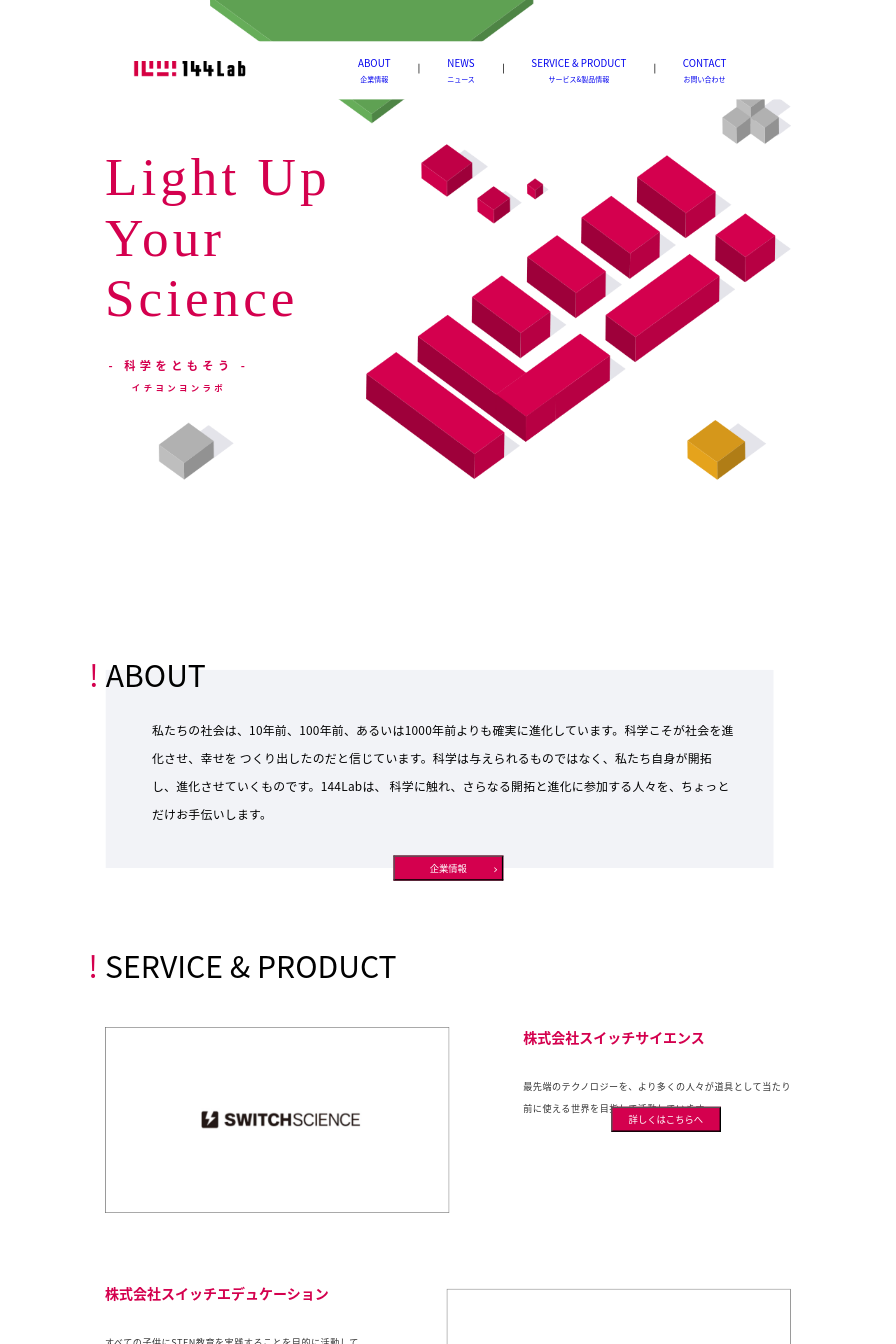
Repository: ppmp556/light-up
Page: index.html
These files come from the project's save history. The page is drawn as it stood at one moment and after the next save; the edit follows.
The browser window is 1280 px wide. The pictures show the part of the page from y = 0 to 1920 px (the page is 3712 px tall before and 3562 px after), at 70% of full size.

Above is the page before, as saved 2019-12-06 22:43:26.

### index.html
<!DOCTYPE html>
<html lang="ja">
    <head>
        <meta charset="UTF-8">
        <meta name="viewport" content="width=device-width, initial-scale=1.0">
        <link rel="stylesheet" href="main.css/main.css"  type="text/css">
        <link rel="img" href="images">
        <title>模写</title>
    </head>
    <body>
        <header class="header">
                <img id="greenbox" src="images/グループ 127.png">
                <img id="small-redbox" src="images/グループ 152.png">
                <img id="redboxs" src="images/グループ 148.png">
                <img id="small-yellowbox" src="images/グループ 149.png">
                <img id="gray-boxs" src="images/グループ 150.png">
                <img id="middle-redbox" src="images/グループ 151.png">
                <img id="big-redbox" src="images/グループ 153.png">
                <img id="graybox" src="images/グループ 147.png">
                <nav class="global-nav">

                        <img class="nav-logo" src="images/yEVqXX.png">
                        <ul class="nav-itembox">
                            <li><a href="#">ABOUT<br><span class="small">企業情報</span></a></li>
                            <li><a href="#">NEWS<br><span class="small">ニュース</span></a></li>
                            <li><a href="#">SERVICE & PRODUCT<br><span class="small">サービス&製品情報</span></a></li>
                            <li><a href="#">CONTACT<br><span class="small">お問い合わせ</span></a></li>
                        </ul>
                </nav>

                    <h1 class="site-title"><a href="#">Light Up  <br>Your <br>Science </a></h1>
                    <p class="site-title-sub">- 科学をともそう -<br>
                                                <span class="small2">イチヨンヨンラボ</span></p>

        </header>
             <div class="about">
              <div class="about-container">
                <h2 class="about-title">ABOUT</h2>
                <div class="about-box">
                                    <p class="about-text">私たちの社会は、10年前、100年前、あるいは1000年前よりも確実に進化しています。科学こそが社会を進化させ、幸せを
                                        つくり出したのだと信じています。科学は与えられるものではなく、私たち自身が開拓し、進化させていくものです。144Labは、
                                        科学に触れ、さらなる開拓と進化に参加する人々を、ちょっとだけお手伝いします。
                                    </p>
                 </div>
                 <button class="redbutton">企業情報</button>
                </div>
            </div>

            <div class="product">
                <div class="product-title">SERVICE & PRODUCT</div>
                <ul class="product-wrapper">
                        <li class="product-box">
                            <img class="product-image-switch" src="images/logo-switch_science.png">
                            <div class="product-red">株式会社スイッチサイエンス
                                <p class="product-text">
                                    最先端のテクノロジーを、より多くの人々が道具として当たり<br>
                                    前に使える世界を目指して活動しています...
                                </p>
                                <button class="redbutton2">詳しくはこちらへ</button>
                            </div>
                        </li>
                        <li class="product-box">
                            <img class="product-image-education" src="images/logo-switch_education.png">
                            <div class="product-red2">株式会社スイッチエデュケーション
                            <p class="product-text">

                                すべての子供にSTEN教育を実践することを目的に活動して<br>
                                います。考える、作る、発表するプロセスを...

                            </p>
                            <button class="redbutton2">詳しくはこちらへ</button>
                            </div>
                        </li>
                        <li class="product-box">
                            <img class="product-image-fit" src="images/main_3648.fit-scale.png">
                            <div class="product-red">うんこボタン
                            <p class="product-text">
                                赤ちゃんのうんちとおしっこの記録ができるボタンです。子育て<br>
                                世代をちょっとした工夫でお手伝いする...
                            </p>
                            <button class="redbutton2">詳しくはこちらへ</button>
                           </div>
                        </li>
                        <li class="product-box">
                            <img class="product-image-iot" src="images/グループ 183.png" alt="">
                            <div class="product-red2">IoT受託開発
                            <p class="product-text">
                                IoT製品の開発には、ソフトウェアからハードウェアまで様々な<br>
                                技術要素に関するノウハウが必要です...

                            </p>
                            <button class="redbutton2">詳しくはこちらへ</button>
                            </div>
                        </li>
                </ul>
        </div>
        <div class="news">
                <div class="news-title">NEWS</div>
                <ul class="list">
                    <li class="list-item">
                        <span class="category">スイッチエデュケーション</span>
                        <time class="date">2019.04.24</time>
                        <span class="title">株式会社144Lab (以下144Lab、本社:東京都新宿区)はInsightSiP SAS (以下InsightSip...</span>
                    </li>
                    <li class="list-item">
                        <span class="category">144lab</span>
                        <time class="date">2019.04.24</time>
                        <span class="title">株式会社144Lab (以下144Lab、本社:東京都新宿区)はInsightSiP SAS (以下InsightSip...</span>
                    </li>
                    <li class="list-item">
                        <span class="category">スイッチサイエンス</span>
                        <time class="date">2019.04.24</time>
                        <span class="title">株式会社144Lab (以下144Lab、本社:東京都新宿区)はInsightSiP SAS (以下InsightSip...</span>
                    </li>
                    <li class="list-item">
                        <span class="category">うんこボタン</span>
                        <time class="date">2019.04.24</time>
                        <span class="title">株式会社144Lab (以下144Lab、本社:東京都新宿区)はInsightSiP SAS (以下InsightSip...</span>
                    </li>
                </ul>
        </div>
        <footer class="footer">
            <nav class="footer-nav">
                <ul class="footer-itembox">
                    <li>ABOUT</li>
                    <li>NEWS</li>
                    <li>SERVICE & PRODUCT</li>
                    <li>CONTACT</li>
                </ul>
        </nav>

                <p class="copyright">@ Copyright 144Lab, Inc. All Rights Reserbed.</p>
        </footer>
    </body>
</html>

### main.css/main.css
/*CSS共通*/
@charset "UTF-8";



html, body, div, span, applet, object, iframe,
h1, h2, h3, h4, h5, h6, p, blockquote, pre,
a, abbr, acronym, address, big, cite, code,
del, dfn, em, img, ins, kbd, q, s, samp,
small, strike, strong, sub, sup, tt, var,
b, u, i, center,
dl, dt, dd, ol, ul, li,
fieldset, form, label, legend,
table, caption, tbody, tfoot, thead, tr, th, td,
article, aside, canvas, details, embed,
figure, figcaption, footer, header, hgroup,
menu, nav, output, ruby, section, summary,
time, mark, audio, video,img {
	margin: 0;
	padding: 0;
	border: 0;
	font-style:normal;
	font-weight: normal;
	font-size: 100%;
	vertical-align: baseline;
}
article, aside, details, figcaption, figure,
footer, header, hgroup, menu, nav, section {
	display: block;
}
html{overflow-y: scroll;}
blockquote, q {quotes: none;}
blockquote:before, blockquote:after,q:before, q:after {content: ''; content: none;}
input, textarea {margin: 0; padding: 0;}
ol, ul{list-style:none;}
table{border-collapse: collapse; border-spacing:0;}
caption, th{text-align: left;}
a:focus {outline:none;}

body {
    color: #000000;
    background-color: #ffffff;
    font-family: "Noto Sans CJK JP";
    width: 1280px;
    margin-right: auto;
    margin-left : auto;
}

*,*::before, *::after {
    box-sizing: border-box;
}

a:link, a:visited, a:hover, a:active { /*テキストデフォルト下線外し*/
    text-decoration: none;
}


/*css共通ここまで*/

/*オブジェクト*/

#greenbox {
    position: absolute;
    top: -176px;
    left: 150px;
    opacity: 5;

}
#small-redbox {
    position: absolute;
    top: 255.2px;
    left: 603.2px;
}
#redboxs {
   position: absolute;
   top: 222.31px;
   left: 372.97px;

}

#small-yellowbox {
    position: absolute;
    top: 599.7px;
    left: 832.48px;
}
#gray-boxs {
    position: absolute;
    top: 124.2px;
    left: 881.85px;
}
#middle-redbox {
    position: absolute;
    top: 205.6px;
    left: 452.24px;

}
#big-redbox {
    position: absolute;
    top: 266.3px;
    left: 532.3px;
}
#graybox {
    top: 604.4px;
    left: 77.1px;
    position: absolute;
}

/*オブジェクトここまで*/

/*header*/
.header {
    position: relative;
    max-width: 1280px;
    height: 793px;
    background-color: #ffffff;
    text-align: center;
    margin: 0 150px;
}

    /*サイトタイトル*/
    .site-title {
        position: absolute;
        top: 209.5px;
        text-align: left;
        font-size: 76px;
        font-family: 'ITC Avant Garde Gothic';
        line-height: 1.14;
        letter-spacing: 0.075em;
    }
    .site-title a {
        text-decoration: none;
        color: #d4004e;
    }
    /*サイトタイトルここまで*/
    /*サイトサブタイトル*/
    .site-title-sub {
        color: #d4004e;
        position: absolute;
        font-weight: bold;
        font-size: 16px;
        line-height: 1.875;
        letter-spacing: 0.4em;

        top: 507px;
        left: 5px;
    }

    .small2 {
        font-size: 12px;
        font-weight: bold;
        letter-spacing: 0.4em;
        line-height: 2.5px;
    }
    /*サイトサブタイトルここまで*/

/*グローバルナビゲーション*/
.global-nav { /*ナビ大枠*/
    position: relative;
    top: 59px;
    width: 980px;
    height: 82.5px;
    background-color: #ffffff;
    box-sizing: border-box;
}
.nav-container {
    position: relative;
    width: 974.5px;
    height: 77px;


    background-color: #ffffff;
    box-shadow: (　4px 4px 1px rgba( 0, 0, 0, 0.16));
}


.nav-logo { /*ナビのロゴ*/
    width: 168px;
    height: 34px;
    position: absolute;
    top: 21px;
    left: 37px;
}

.nav-itembox { /*ナビメニュー*/
    position: absolute;
    display: flex;
    width: 607px;
    height: 35px;
    top: 21px;
    left:  321px;
    padding: 0;
    margin: 0;
}

.nav-itembox li { /*ナビテキスト*/
    list-style: none;
    text-align: center;
    font-size: 14px;
    font-weight: normal;
    line-height: 1.5;
    flex-grow: 1; /*flexの余白分配比率指定*/
}

.nav-itembox  li + li:before { /*ナビの短い縦線,隣接セレクタ,疑似要素*/

    border-left: 1px solid #000000;
    position: absolute;
    display: block;
    content: "";
    top: 50%; /*縦方向に50%*/
    height: 14px;
    margin-top: -7px;

}

.small {
    font-size: 10px;


}
/*グローバルナビゲーションここまで*/

/*アバウトここから*/
.about {
    width: 1280px;
    height: 558px;
    position: relative;

}

.about-container {
    top: 107.1px;
    right: 151px;
    width: 977.95px;
    height: 332.28px;
    position: absolute;
}

.about-box {
    width: 953.95px;
    height: 282.5px;
    padding: 66px 55px 62.5px 66px;
    background-color: #f2f3f7;


}

.about-title {
    position: relative;
    font-size: 43px;
    line-height: 1.3;
    width: 137px;
    height: 57px;
    top: 36px;
}
.about-title::before {
    width: 9px;
    height: 60.41px;
    content: "! ";
    color: #D4004E;
    position: absolute;
    left: -23.9px;

}

.about-text {
    text-align: left;
    background-color: #f2f3f7;
    font-size: 17px;
    letter-spacing: 0.02em;
    line-height: 2.35;
    width: 833px;
    height: 154px;
}

button {
    background-color: #D4004E;
    color: #ffffff;
    font-family: "Noto Sans CJK JP";
}

.redbutton { /*赤ボタン大枠*/
    position: relative;
    font-size: 13px bold;

    justify-content: center;
    align-items: center;

    line-height: 1.3;
    left: 410.82px;
    width: 157.12px;
    height: 35.8px;
    display: inline-block;

    top: -17.9px;

}
.redbutton::before { /*疑似要素*/
    content: '';
    width: 5.31px;
    height: 5.31px;
    border-top: solid 1px #ffffff;
    border-right: solid 1px #ffffff;
    transform: rotate(45deg);/*rotateで要素回転指定,角度deg: 45°*/
    position: absolute;
    top: 50%;
    left: 139.9px;
}

/*アバウトここまで*/

/*プロダクトここから*/

.product { /*プロダクト大枠*/
    position: relative;
    width: 980px;
    height: 1430.28px;
    left: 150px;


}
.product-title { /*プロダクトタイトル*/
    position: relative;
    font-size: 43px;
    line-height: 1.3;
    margin-bottom: 60px;

}

.product-title::before { /*疑似要素*/
    width: 9px;
    height: 60.41px;
    content: "! ";
    color: #D4004E;
    position: absolute;
    left: -23.9px;

}

.product-wrapper {
    list-style: none;
}

.product-box {
    display: flex;
    justify-content: space-between;
}


li.product-box:nth-child(even) {
    flex-direction: row-reverse;
}
/*スイッチサイエンス*/
.product-image-switch {
    border: 1px solid #707070;
    background-color: #ffffff;
    padding: 74px 106px 75.6px 117px;
}
/*スイッチエデュケーション*/
.product-image-education {
    border: 1px solid #707070;
    background-color: #ffffff;
    margin-top: 107.6px;
    padding: 72px 105px;
}
/*うんこボタン*/
.product-image-fit {
    border: 1px solid #707070;
    background-color: #ffffff;
    margin-top: 107.6px;
    padding: 74px 106px 75.6px 117px;
}
/*IoT受託開発*/
.product-image-iot {
    border: 1px solid #707070;
    background-color: #ffffff;
    margin-top: 107.6px;
    padding: 108.1px 188.4px 114.1px 187.3px;

}

/*プロダクト会社名*/
.product-red {
    position: relative;
    color: #D4004E;
    font-size: 20px;
    font-weight: bold;
    flex-direction: column;


}
.product-red2 {
    color: #D4004E;
    font-size: 20px;
    font-weight: bold;
    flex-direction: column;
    padding-top: 100px;
}


.product-text {
    color: #333333;
    font-size: 13px;
    letter-spacing: 0.055em;
    line-height: 2.38;
    margin-top: 41px;
    text-align: left;
}


.redbutton2 { /*product用赤ボタン大枠*/
    position: relative;
    font-size: 13px bold;
    display: inline-block;
    align-items: center;

    line-height: 1.3;
    left: 125.3px;
    width: 157.12px;
    height: 35.8px;

    top: -17.9px;
    margin-top: auto;

}

.redbutton::before { /*疑似要素*/
    content: '';
    width: 5.31px;
    height: 5.31px;
    border-top: solid 1px #ffffff;
    border-right: solid 1px #ffffff;
    transform: rotate(45deg);/*rotateで要素回転指定,角度deg: 45°*/
    position: absolute;
    top: 50%;
    left: 139.9px;
}


/*プロダクトここまで*/
/*newsここから*/
.news {
    position: absolute;
    top: 2855px;

    width: 978px;
    height: 499.28px;
    background-color: red;
}
/*newsここまで*/


/*footerここから*/
.footer {
    position: absolute;
    width: 100%;
    height: 261px;
    background-color: #333333;
    bottom: 0;
    top: 3451px;

}

.footer p{

    font-family: "Noto Sans CJK JP";
    font-size: 9px bold;
    color: #ffffff;
    line-height: 3.1;
    letter-spacing: 3.6px;
}

/*footerここまで*/

After the next save:
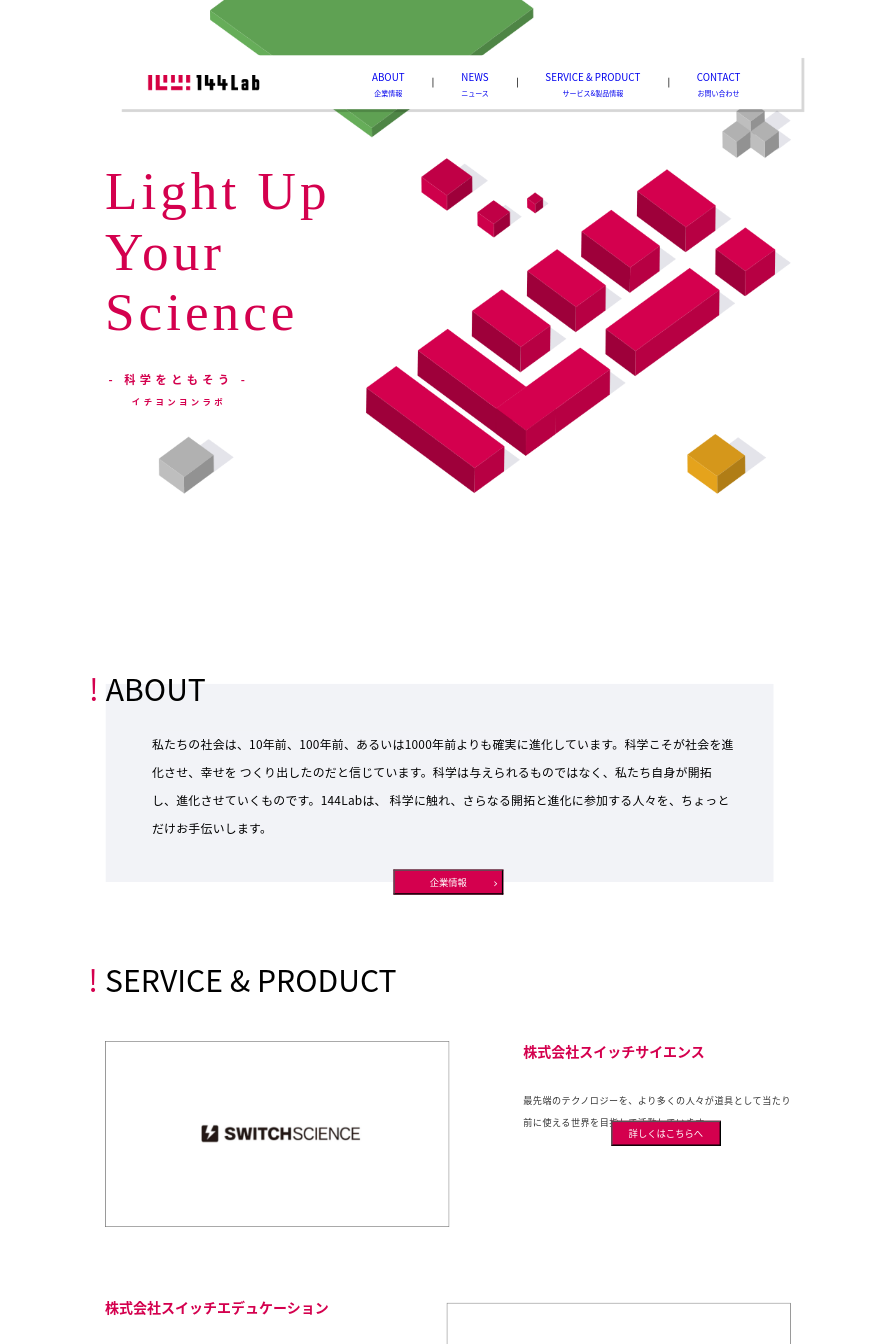
Saved 63 s later.
--- a/main.css/main.css
+++ b/main.css/main.css
@@ -157,19 +157,12 @@
 .global-nav { /*ナビ大枠*/
     position: relative;
     top: 59px;
-    width: 980px;
-    height: 82.5px;
-    background-color: #ffffff;
-    box-sizing: border-box;
-}
-.nav-container {
-    position: relative;
     width: 974.5px;
     height: 77px;
-
-
-    background-color: #ffffff;
-    box-shadow: (　4px 4px 1px rgba( 0, 0, 0, 0.16));
+    background-color: #ffffff;
+    margin: 20px;
+    box-shadow: 4px 4px 1px rgba(0, 0, 0, 0.16);
+    box-sizing: border-box;
 }
 
 
@@ -218,6 +211,8 @@
 
 
 }
+
+
 /*グローバルナビゲーションここまで*/
 
 /*アバウトここから*/
@@ -439,35 +434,113 @@
 
 /*プロダクトここまで*/
 /*newsここから*/
-.news {
-    position: absolute;
-    top: 2855px;
-
+.news { /*news大枠*/
+    position: relative;
     width: 978px;
     height: 499.28px;
-    background-color: red;
-}
+    left: 151px;
+    top: 73.6px;
+}
+
+
+.news-title { /*プロダクトタイトル*/
+    position: relative;
+    font-size: 43px;
+    line-height: 1.3;
+    margin-bottom: 60px;
+
+}
+
+.news-title::before { /*疑似要素*/
+    width: 9px;
+    height: 60.41px;
+    content: "! ";
+    color: #D4004E;
+    position: absolute;
+    left: -23.9px;
+
+}
+
+.list{
+    background: #f2f3f7;
+    border: #707070;
+    list-style: none;
+}
+.list-item {
+    height: 86px;
+
+}
+.list .date {
+    width: 76px;
+    height: 19px;
+    font-size: 13px;
+    letter-spacing: 0.015em;
+    line-height: 2.38;
+}
+
 /*newsここまで*/
 
 
 /*footerここから*/
 .footer {
-    position: absolute;
+    position: relative;
     width: 100%;
     height: 261px;
     background-color: #333333;
     bottom: 0;
-    top: 3451px;
-
-}
-
-.footer p{
-
-    font-family: "Noto Sans CJK JP";
+
+}
+
+.footer-nav { /*フッターナビ大枠*/
+    position: relative;
+    width: 435px;
+    height: 16.32px;
+    box-sizing: border-box;
+}
+
+
+
+.footer-itembox { /*フッターナビメニュー*/
+    position: absolute;
+    display: flex;
+    width: 607px;
+    height: 35px;
+    top: 32.9px;
+    left:  321px;
+    padding: 0;
+    margin: 0;
+    color: #ffffff;
+}
+
+.footer-itembox li { /*フッターナビテキスト*/
+    list-style: none;
+    text-align: center;
+    font-size: 14px;
+    font-weight: normal;
+    line-height: 1.5;
+    flex-grow: 1; /*flexの余白分配比率指定*/
+}
+
+.footer-itembox  li + li:before { /*フッターナビの短い縦線,隣接セレクタ,疑似要素*/
+
+    border-left: 1px solid #ffffff;
+    position: absolute;
+    display: block;
+    content: "";
+    top: 50%; /*縦方向に50%*/
+    height: 14px;
+    margin-top: -7px;
+
+}
+
+
+
+.copyright{ /*コピーライト*/
     font-size: 9px bold;
     color: #ffffff;
     line-height: 3.1;
-    letter-spacing: 3.6px;
+    letter-spacing: 0.040em;
+    position: relative;
 }
 
 /*footerここまで*/
